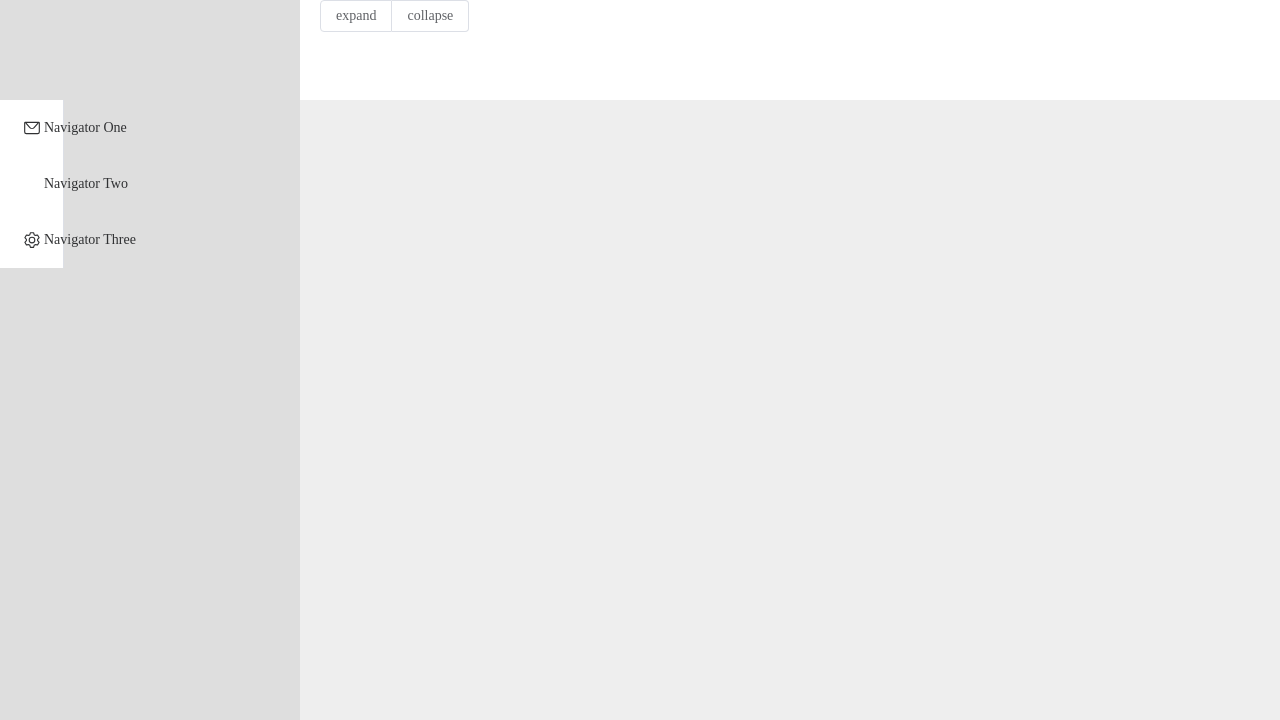
Repository: secret47/test-office-demo
Page: /dashboard
The author's editor kept a copy of each file at every save. The page is drawn from the files as they stood at one save, then again after the next save.
The browser window is 1280 px wide. The pictures show the whole page.
The project was rebuilt for these pictures with package versions that can differ from the ones it lists, and the page was loaded fresh each time. Also part of the build but not shown: vite.config.js, src/layouts/components/menu.vue.

Above is the page before, as saved 2024-10-28 16:40:29.

After the next save:
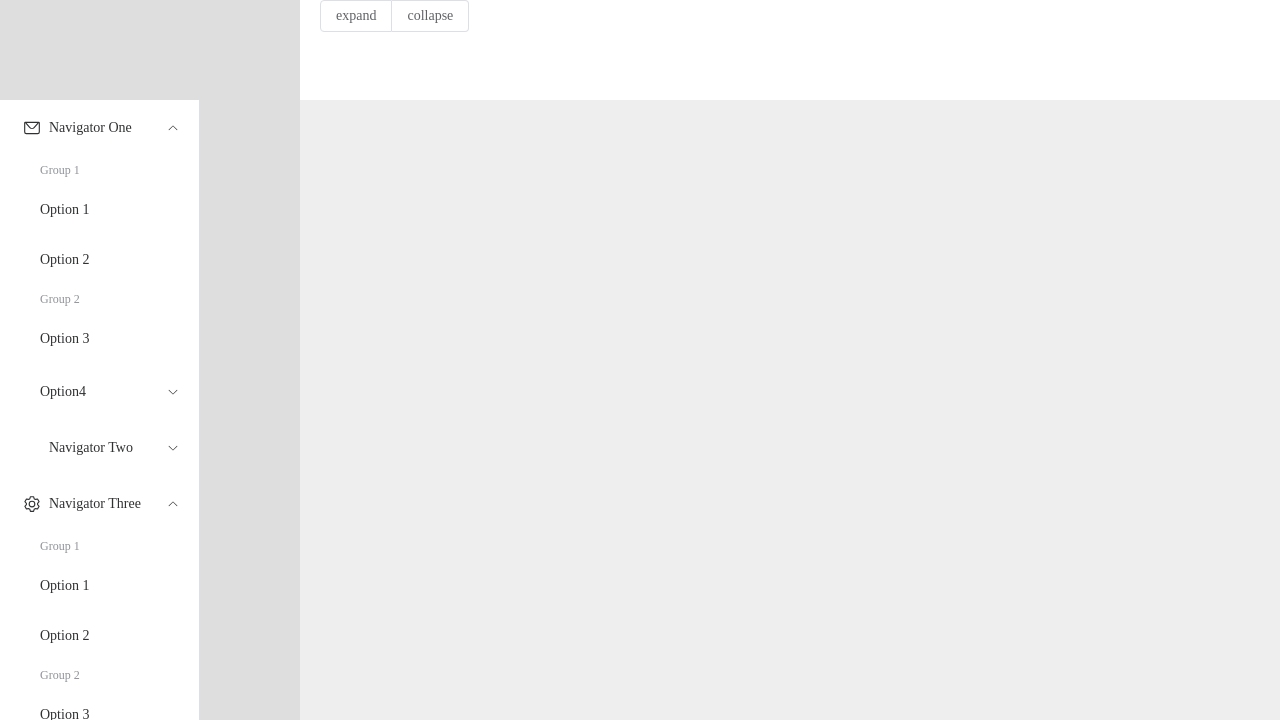
Saved 38 s later.
--- a/src/layouts/index.vue
+++ b/src/layouts/index.vue
@@ -77,7 +77,7 @@
 <script setup>
 import menu from './components/menu.vue';
 import { ref } from "vue"
-const isCollapse = ref(true)
+const isCollapse = ref(false)
 </script>
 
 <style lang="scss" scoped>
